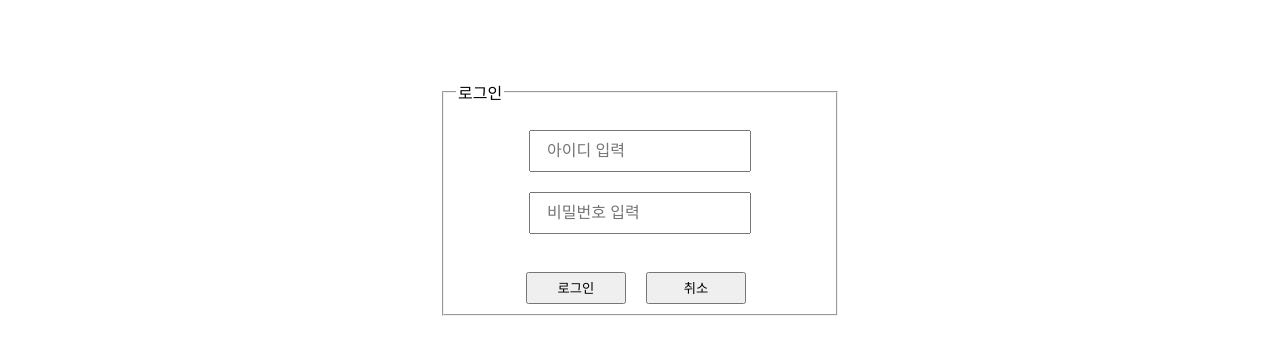
Repository: okgunyang/jsp
Page: http://localhost/practice01/login.jsp
The author's editor kept a copy of each file at every save. The page is drawn from the files as they stood at one save, then again after the next save.
The browser window is 1280 px wide. The pictures show the whole page.
The page is served by Tomcat 9. Other server files are loaded and not shown.

Above is the page before, as saved 2022-10-14 04:59:19.

### practice01/WebContent/login.jsp
<%@ page language="java" contentType="text/html; charset=UTF-8"
    pageEncoding="UTF-8"%>
<!DOCTYPE html>
<html>
<head>
<meta charset="UTF-8">
<title>로그인</title>
<style>
#loginForm { width:400px; margin:80px auto; }
.input_data { display:block; width:200px; height:36px; line-height:36px;
clear:both; margin:20px auto; padding-left:1em; font-size:16px; }
.input_btn { display:inline-block; width:100px; text-align:center;
height:32px; line-height:32px; }
[type="submit"].input_btn { margin-left:70px; }
</style>
</head>
<body>
	<form action="loginPro.jsp" method="post" id="loginForm">
		<fieldset>
			<legend>로그인</legend>
			<input type="text" name="id" id="id" class="input_data" placeholder="아이디 입력" required>
			<input type="password" name="pw" id="pw" class="input_data" placeholder="비밀번호 입력" required><br>
			<input type="submit" value="로그인" class="input_btn"> &nbsp; &nbsp;
			<input type="reset" value="취소" class="input_btn">
		</fieldset>
	</form>
</body>
</html>

After the next save:
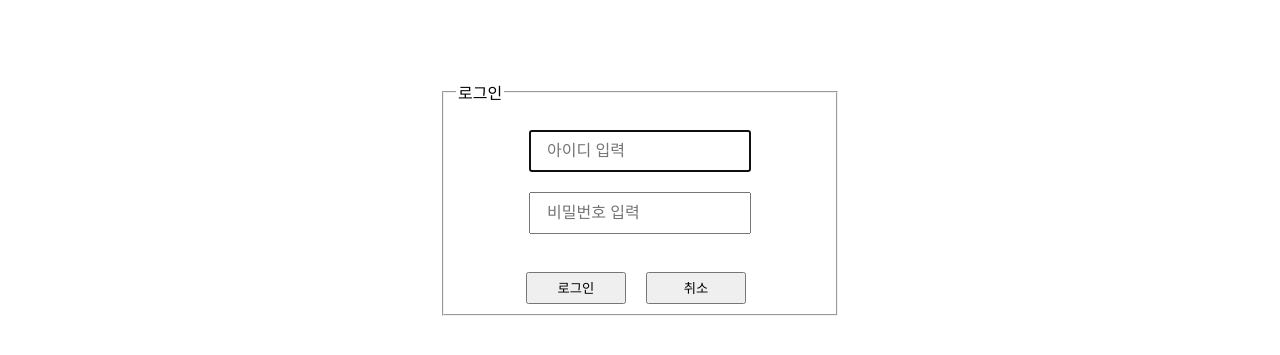
Saved 29 s later.
--- a/practice01/WebContent/login.jsp
+++ b/practice01/WebContent/login.jsp
@@ -18,7 +18,7 @@ height:32px; line-height:32px; }
 	<form action="loginPro.jsp" method="post" id="loginForm">
 		<fieldset>
 			<legend>로그인</legend>
-			<input type="text" name="id" id="id" class="input_data" placeholder="아이디 입력" required>
+			<input type="text" name="id" id="id" class="input_data" placeholder="아이디 입력" required autofocus>
 			<input type="password" name="pw" id="pw" class="input_data" placeholder="비밀번호 입력" required><br>
 			<input type="submit" value="로그인" class="input_btn"> &nbsp; &nbsp;
 			<input type="reset" value="취소" class="input_btn">
